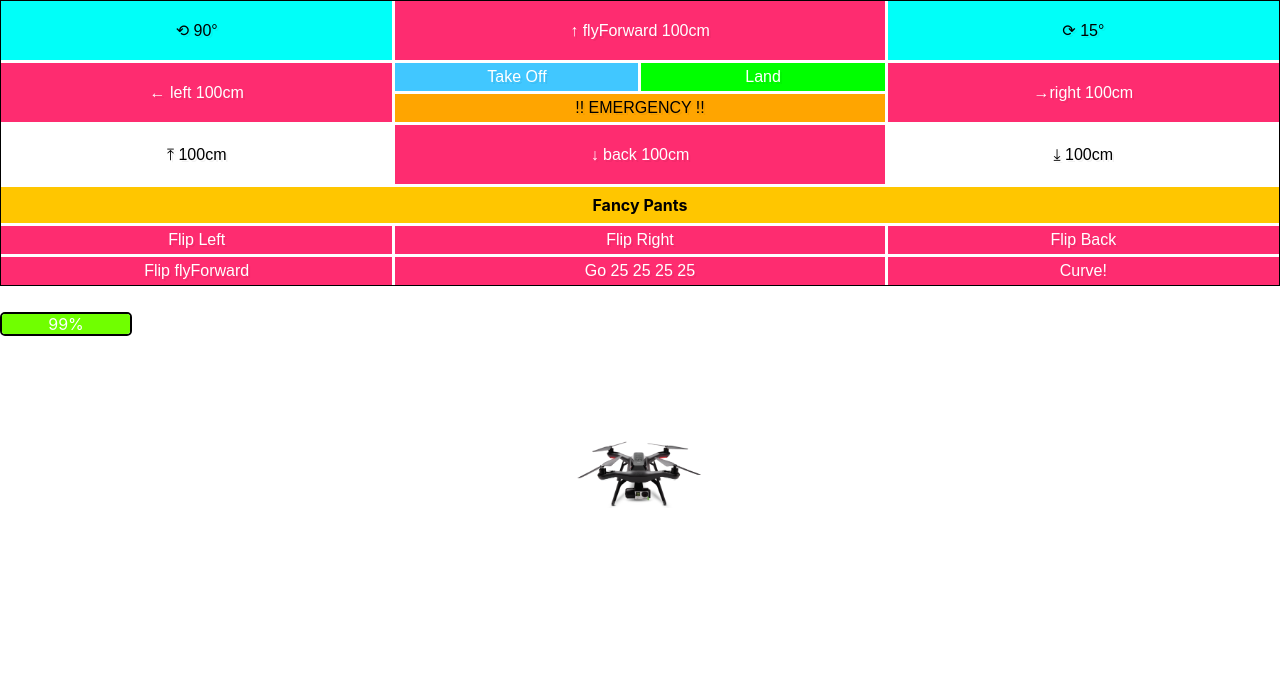
Repository: JivkoJelev91/Drone-Simulator
Page: /
The author's editor kept a copy of each file at every save. The page is drawn from the files as they stood at one save, then again after the next save.
The browser window is 1280 px wide. The pictures show the whole page.
The project was rebuilt for these pictures with package versions that can differ from the ones it lists, and the page was loaded fresh each time.

Above is the page before, as saved 2018-12-21 11:38:49.

After the next save:
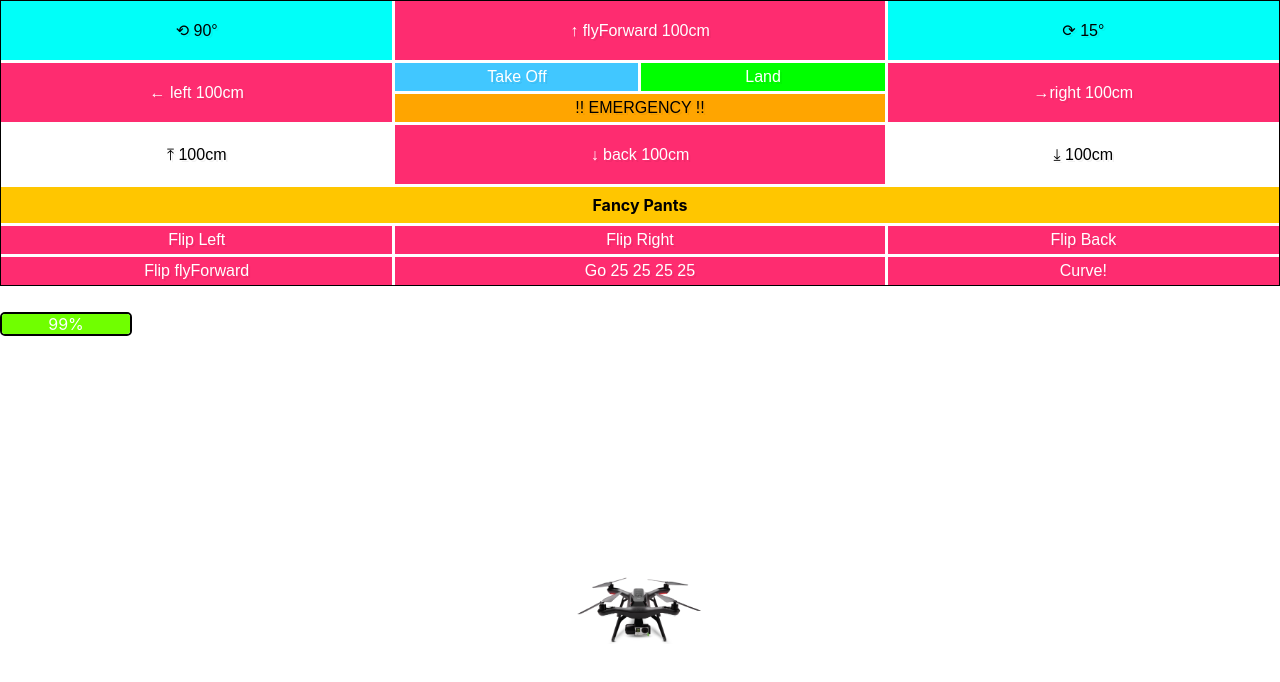
Saved 4 min 56 s later.
--- a/src/Buttons/Drone.js
+++ b/src/Buttons/Drone.js
@@ -8,7 +8,7 @@
   render() {
     console.log(this.props.state.forward);
     const styles ={
-      transform: `translateY(-${this.props.state.forward}px`,
+      bottom: `10%`,
       position: `absolute`,
       transition: `bottom 2s ease-in`,
     }
